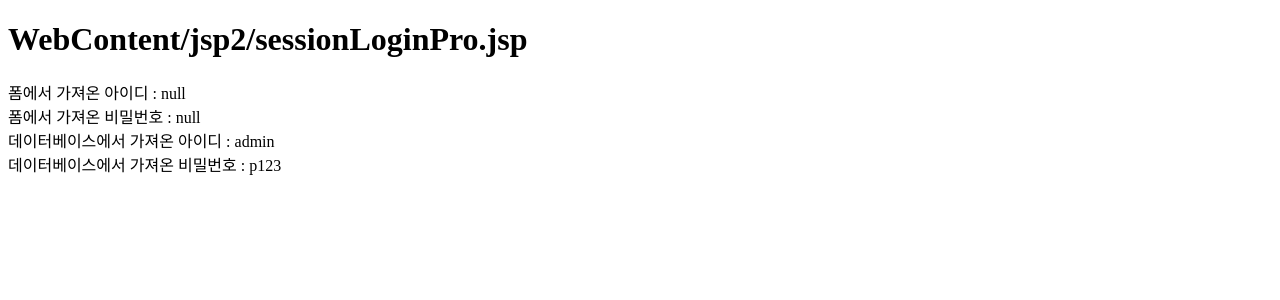
Repository: ReadStar/workspace_jsp
Page: http://localhost/StudyJSP/jsp2/sessionLoginPro.jsp
The author's editor kept a copy of each file at every save. The page is drawn from the files as they stood at one save, then again after the next save.
The browser window is 1280 px wide. The pictures show the whole page.
The page is served by Tomcat 9. Other server files are loaded and not shown.

Above is the page before, as saved 2020-08-14 01:45:38.

### StudyJSP/WebContent/jsp2/sessionLoginPro.jsp
<%@page import="org.apache.jasper.tagplugins.jstl.core.If"%>
<%@ page language="java" contentType="text/html; charset=UTF-8"
    pageEncoding="UTF-8"%>
<!DOCTYPE html>
<html>
<head>
<meta charset="UTF-8">
<title>Insert title here</title>
</head>
<body>
<h1>WebContent/jsp2/sessionLoginPro.jsp</h1>
<%
//id, pass 파라미터 가져와서 변수에 저장
String id=request.getParameter("id");
String pass=request.getParameter("pass");
%>
폼에서 가져온 아이디 : <%=id%><br>
폼에서 가져온 비밀번호 : <%=pass%><br>
<%
//데이터베이스에 저장된 id, pass
String dbId="admin";
String dbPass="p123";
%>
데이터베이스에서 가져온 아이디 : <%=dbId %><br>
데이터베이스에서 가져온 비밀번호 : <%=dbPass %><br>
<%
//폼에서 가져온 아이디, 디비에서 가져온 아이디 비교
if(id == dbId){
	//아이디일치
	out.print("아이디일치");
}else{
	//아이디틀림
}
%>
</body>
</html>

After the next save:
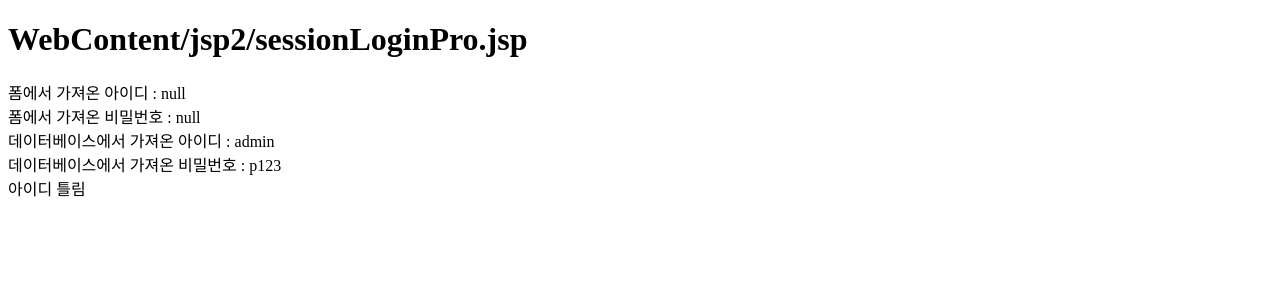
Saved 9 s later.
--- a/StudyJSP/WebContent/jsp2/sessionLoginPro.jsp
+++ b/StudyJSP/WebContent/jsp2/sessionLoginPro.jsp
@@ -30,6 +30,7 @@ if(id == dbId){
 	out.print("아이디일치");
 }else{
 	//아이디틀림
+	out.print("아이디 틀림");
 }
 %>
 </body>
